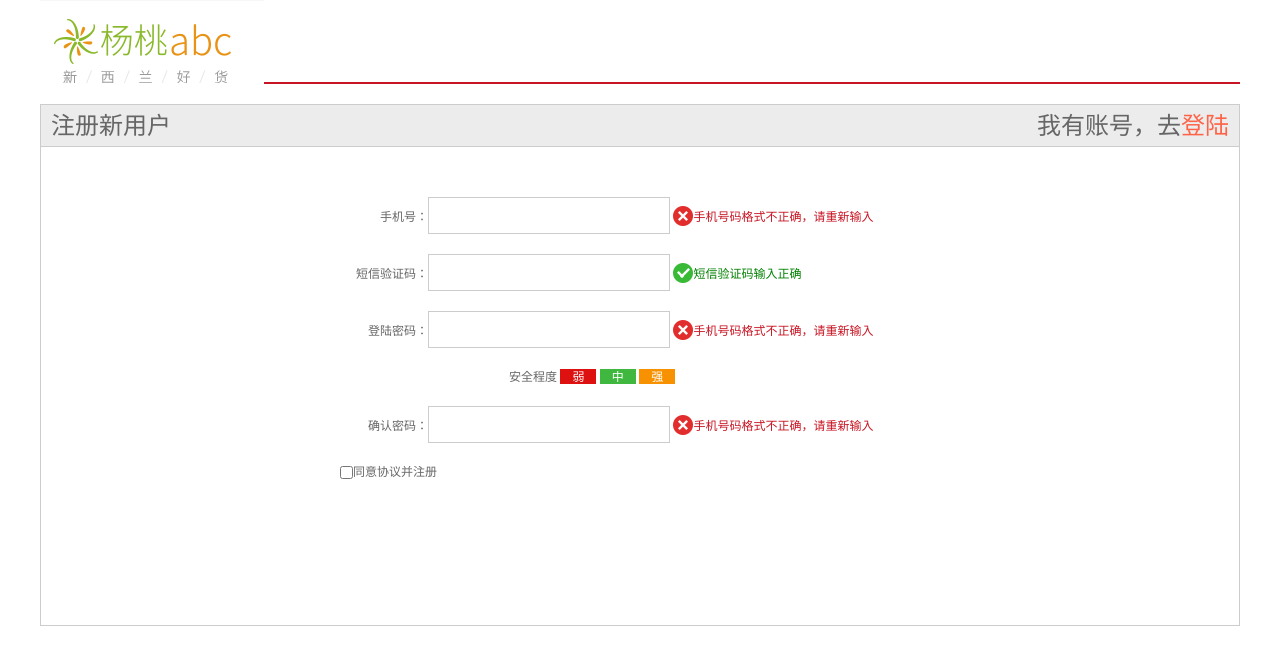
Repository: Jasonlee6789/shoppingWeb
Page: register.html
An editor plug-in stored every save of this project. The page is shown before and after the next save, followed by the edit.
The browser window is 1280 px wide. The pictures show the whole page.

Above is the page before, as saved 2020-05-29 13:38:08.

### register.html
<!DOCTYPE html>
<html lang="en">

<head>
    <meta charset="UTF-8">
    <meta name="viewport" content="width=device-width, initial-scale=1.0">
    <title>SignIN</title>
    <link rel="shortcut icon" href="favicon.ico" />
    <link rel="stylesheet" href="css/base.css">
    <link rel="stylesheet" href="css/register.css">
</head>

<body>
    <div class="w">
        <header>
            <div class="logo">
                <a href="index.html"><img src="images/logo.png" alt=""></a>
            </div>
        </header>
        <div class="registerarea">
            <h3>注册新用户
                <div class="login">我有账号，去<a href="#">登陆</a></div>
            </h3>
            <div class="reg_form">
                <ul>
                    <li><label for="">手机号：</label><input type="text" class="inp">
                        <span class="error"><i class="error_icon"></i>手机号码格式不正确，请重新输入</span></li>
                    <li><label for="">短信验证码：</label><input type="text" class="inp">
                        <span class="success"><i class="success_icon"></i>短信验证码输入正确</span></li>
                    <li><label for="">登陆密码：</label><input type="password" class="inp">
                        <span class="error"><i class="error_icon"></i>手机号码格式不正确，请重新输入</span></li>
                    <li class="safe">安全程度 <em class="ruo">弱</em> <em class="zhong">中</em> <em class="qiang">强</em> </li>
                    <li><label for="">确认密码：</label><input type="password" class="inp">
                        <span class="error"><i class="error_icon"></i>手机号码格式不正确，请重新输入</span></li>
                    <li class="agree"><input type="checkbox" name="" id="">同意协议并注册</li>
                </ul>
            </div>
        </div>
        <footer></footer>
    </div>
</body>

</html>

### css/base.css
* {
    margin: 0;
    padding: 0;
    box-sizing: border-box;
}

em,
i {
    font-style: normal
}

li {
    list-style: none
}

img {
    border: 0;
    vertical-align: middle;
}

button {
    cursor: pointer;
}

a {
    color: #666;
    text-decoration: none;
}

a:hover {
    color: #c81623;
}



button,
input {
    font-family: -apple-system, BlinkMacSystemFont, 'Segoe UI', Roboto, Oxygen, Ubuntu, Cantarell, 'Open Sans', 'Helvetica Neue', sans-serif;
    border: 0;
    outline: none;
}

body {
    -webkit-font-smoothing: antialiased;
    background-color: #fff;
    color: #666;
    font: 12px/1.5 -apple-system, BlinkMacSystemFont, 'Segoe UI', Roboto, Oxygen, Ubuntu, Cantarell, 'Open Sans', 'Helvetica Neue', sans-serif;
}

.hide,
.none {
    display: none
}

/* 清除浮动 */
.clearfix:after {
    visibility: hidden;
    clear: both;
    display: block;
    content: ".";
    height: 0
}

.clearfix {
    zoom: 1
}

### css/register.css
/* 版心 */
.w {
    width: 1200px;
    margin: 0 auto;
}

header {
    height: 84px;
    border-bottom: 2px solid #c81523;
}

.logo {
    /* padding-top: 10px; */
}

.registerarea {
    height: 522px;
    border: 1px solid #ccc;
    margin-top: 20px;
}

.registerarea h3 {
    height: 42px;
    border-bottom: 1px solid #ccc;
    background-color: #ececec;
    line-height: 42px;
    padding: 0 10px;
    font-size: x-large;
    font-weight: 400;
}

.login {
    float: right;
}

.login a {
    color: tomato;
}

.reg_form {
    width: 600px;
    /* background-color: pink; */
    margin: 50px auto 0;
}

.reg_form ul li {
    margin-bottom: 20px;
}

.reg_form ul li label {
    display: inline-block;
    width: 88px;
    text-align: right;
}

.reg_form ul li .inp {
    width: 242px;
    height: 37px;
    border: 1px solid #ccc;
}

.error {
    color: #c81523;
}

.error_icon {
    display: inline-block;
    vertical-align: middle;
    width: 20px;
    height: 20px;
    background: url(../images/error.png) no-repeat;
    margin-top: -2px;
}

.success {
    color: green;
}

.success_icon {
    display: inline-block;
    vertical-align: middle;
    width: 20px;
    height: 20px;
    background: url(../images/success.png) no-repeat;
    margin-top: -2px;
}

.safe {
    padding-left: 169px;
}

.safe em {
    padding: 0 12px;
    color: #fff;
}

.ruo {
    background-color: #de1111;
}

.zhong {
    background-color: #40b83f;
}

.qiang {
    background-color: #f79100;
}

.agree input {
    vertical-align: middle;
}

After the next save:
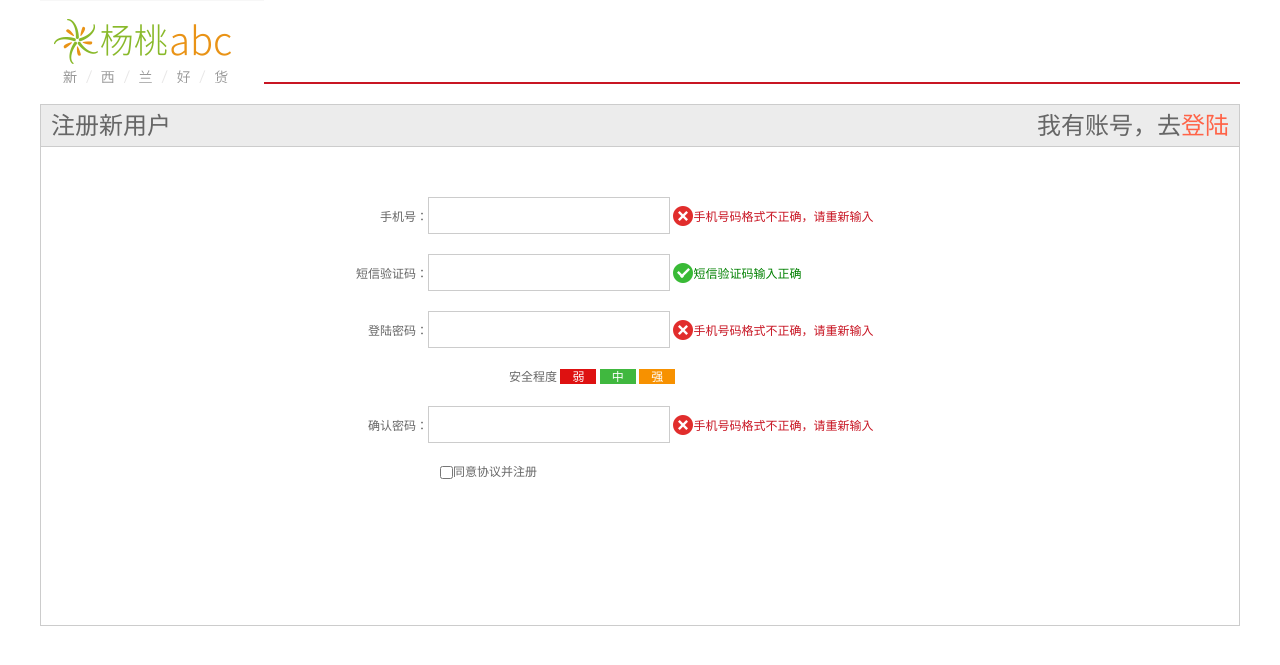
Saved 33 s later.
--- a/css/register.css
+++ b/css/register.css
@@ -106,6 +106,10 @@
     background-color: #f79100;
 }
 
+.agree {
+    padding-left: 100px;
+}
+
 .agree input {
     vertical-align: middle;
 }
